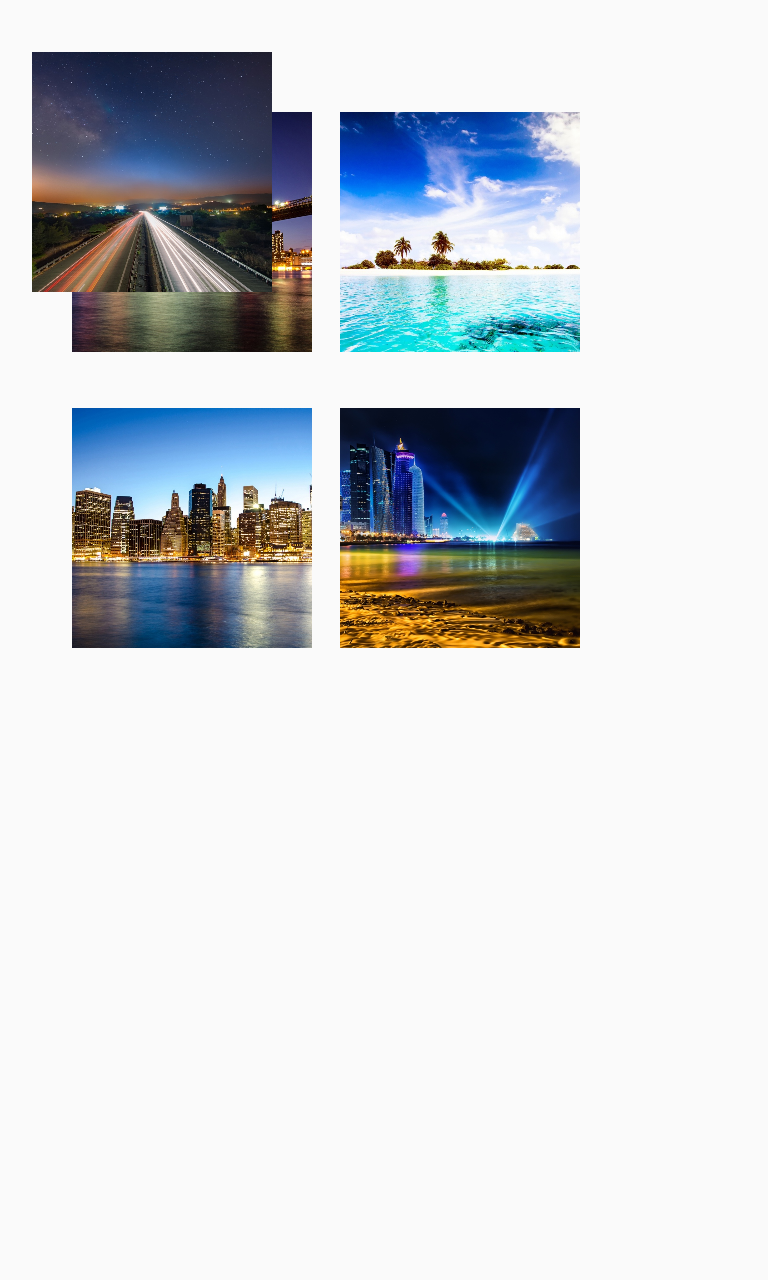
Repository: MarcSelles/nPuzzle10447768
Layout: NPuzzle10447768/res/layout/activity_main.xml
The author's editor kept a copy of each file at every save. The layout is drawn from the files as they stood at one save, then again after the next save.
It is drawn on a 768 x 1280 px phone screen (xhdpi) without system bars, with theme AppTheme; the app's code is not run.

Above is the layout before, as saved 2014-11-22 18:02:19.

After the next save:
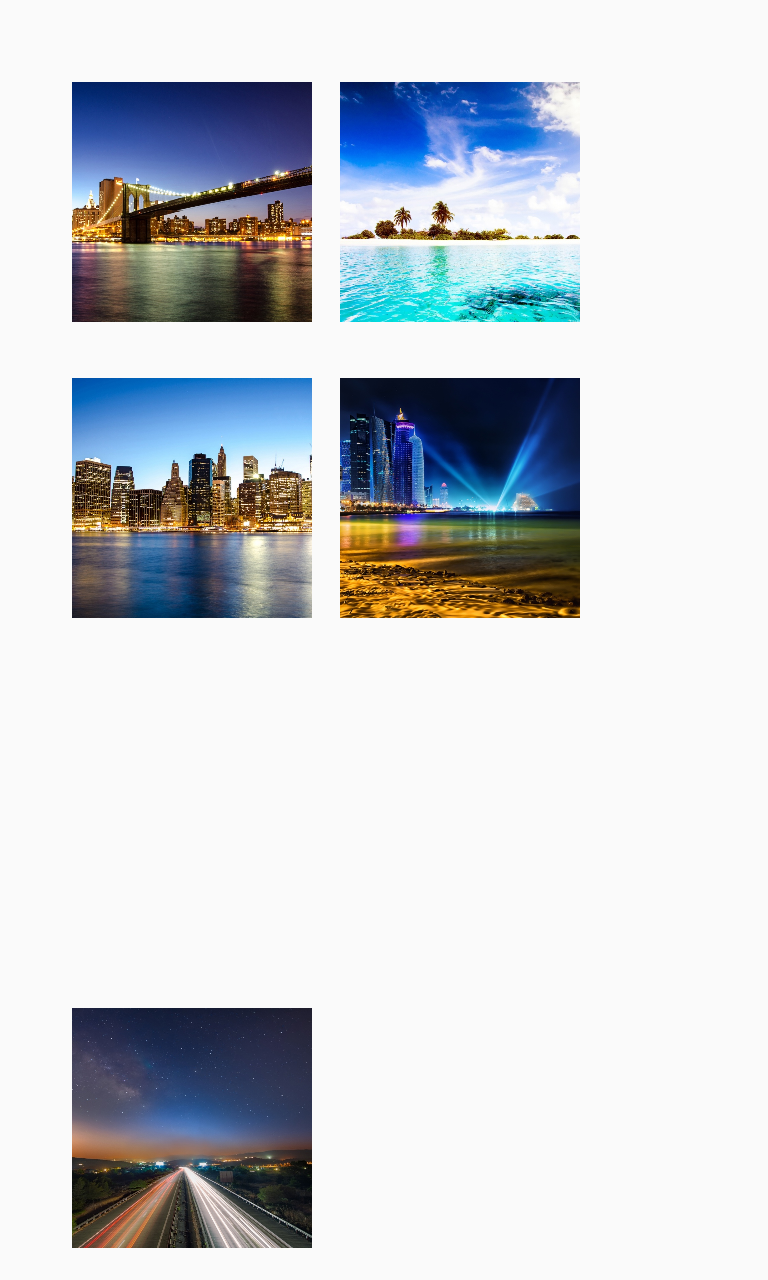
Saved 21 s later.
--- a/NPuzzle10447768/res/layout/activity_main.xml
+++ b/NPuzzle10447768/res/layout/activity_main.xml
@@ -15,7 +15,7 @@
         android:layout_alignParentLeft="true"
         android:layout_alignParentTop="true"
         android:layout_marginLeft="20dp"
-        android:layout_marginTop="40dp"
+        android:layout_marginTop="25dp"
         android:scaleType="fitXY"
         android:src="@drawable/brooklyn_bridge" />
 
@@ -52,7 +52,8 @@
         android:id="@+id/imageView5"
         android:layout_width="120dp"
         android:layout_height="120dp"
- 		android:layout_marginTop="10dp"
+        android:layout_alignLeft="@+id/imageView3"
+        android:layout_alignParentBottom="true"
         android:scaleType="fitXY"
         android:src="@drawable/rush_hour" />
 
